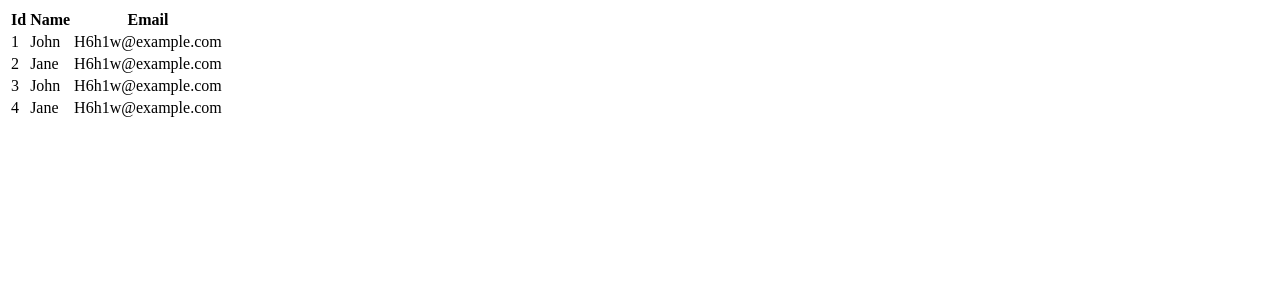
Repository: mrcode-gmb/geek-php-laravel-backend-engineering
Page: http://localhost/user/record
The author's editor kept a copy of each file at every save. The page is drawn from the files as they stood at one save, then again after a run of saves.
The browser window is 1280 px wide. The pictures show the whole page.
The page is served by the project's Laravel application, run on PHP 8.4 with Laravel 12.

Above is the page before, as saved 2026-02-15 15:52:06.

After the next 2 saves:
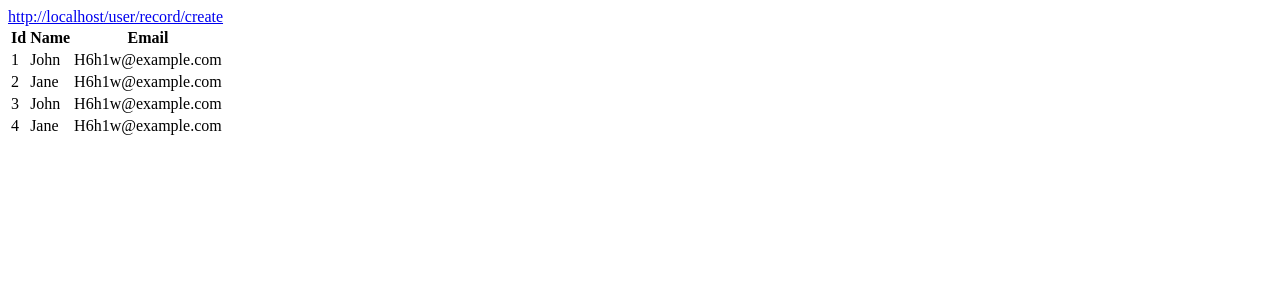
The 2 saves are shown as one change because they came seconds apart.
The last was saved 25 s later.
--- a/laravelClass/resources/views/user/index.blade.php
+++ b/laravelClass/resources/views/user/index.blade.php
@@ -24,7 +24,7 @@
                 </tr>
             @endforeach
         </tbody>
-        <a href="{{ route('user.create') }}"></a>
+        <a href="{{ route('user.create') }}">{{ route("user.create") }}</a>
     </table>
 </body>
 </html>
